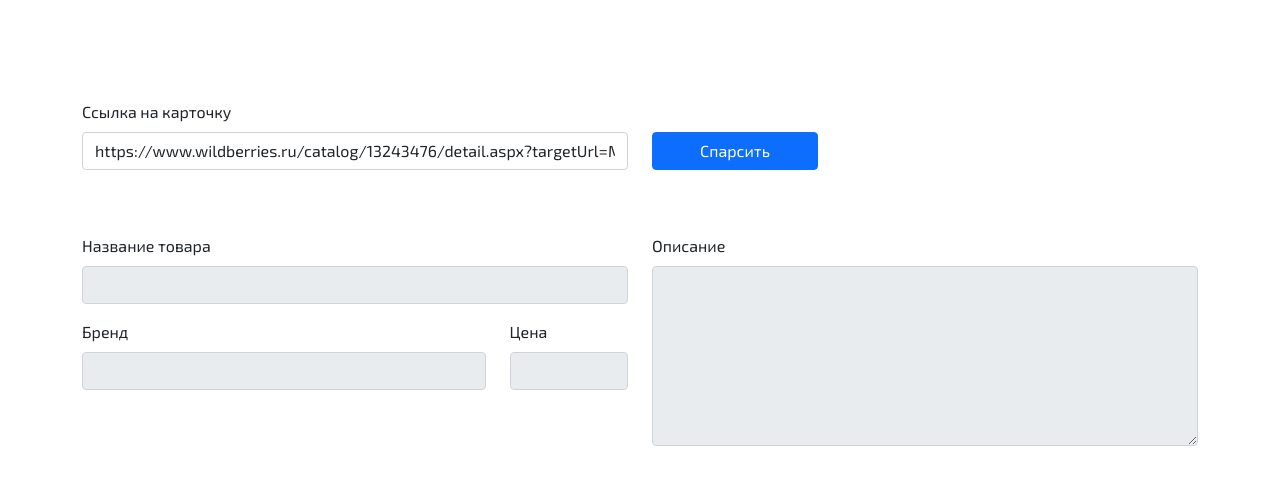
Repository: yozuul/wildberries-product-card-parser-api-exchange
Page: public/panel.html
The author's editor kept a copy of each file at every save. The page is drawn from the files as they stood at one save, then again after a run of saves.
The browser window is 1280 px wide. The pictures show the whole page.

Above is the page before, as saved 2021-08-20 06:45:15.

After the next 2 saves:
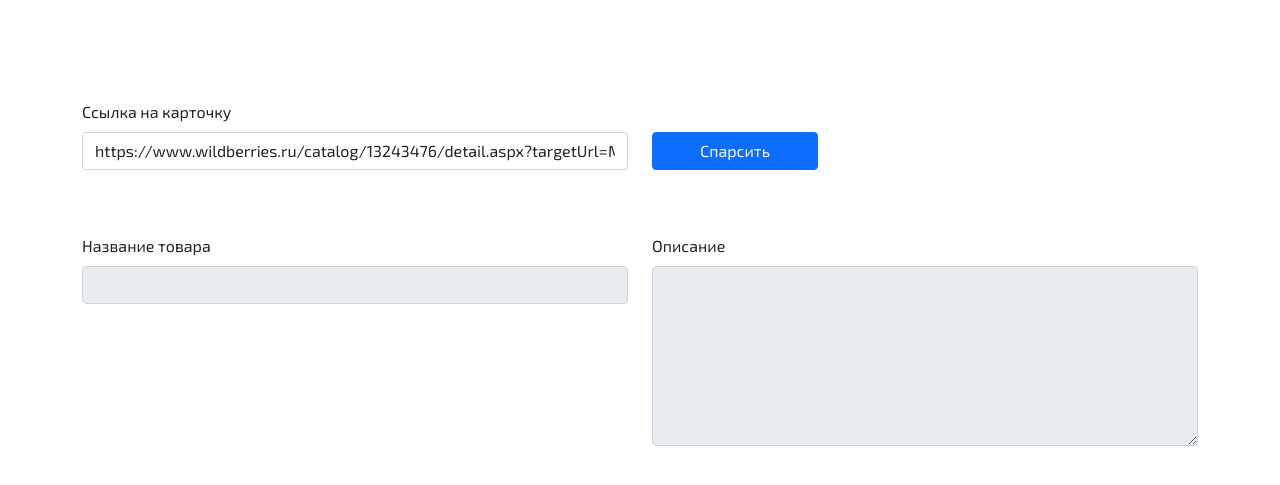
The 2 saves are shown as one change because they came seconds apart.
The last was saved 49 s later.
--- a/public/panel.html
+++ b/public/panel.html
@@ -60,7 +60,7 @@
                </div>
             </div>
 
-            <div class="row mb-3">
+            <div class="row mb-3 dn">
                <div  class="col-9">
                   <label for="productBrand" class="form-label">Бренд</label>
                   <input type="text" class="form-control" id="productBrand" readonly>

After the save that followed:
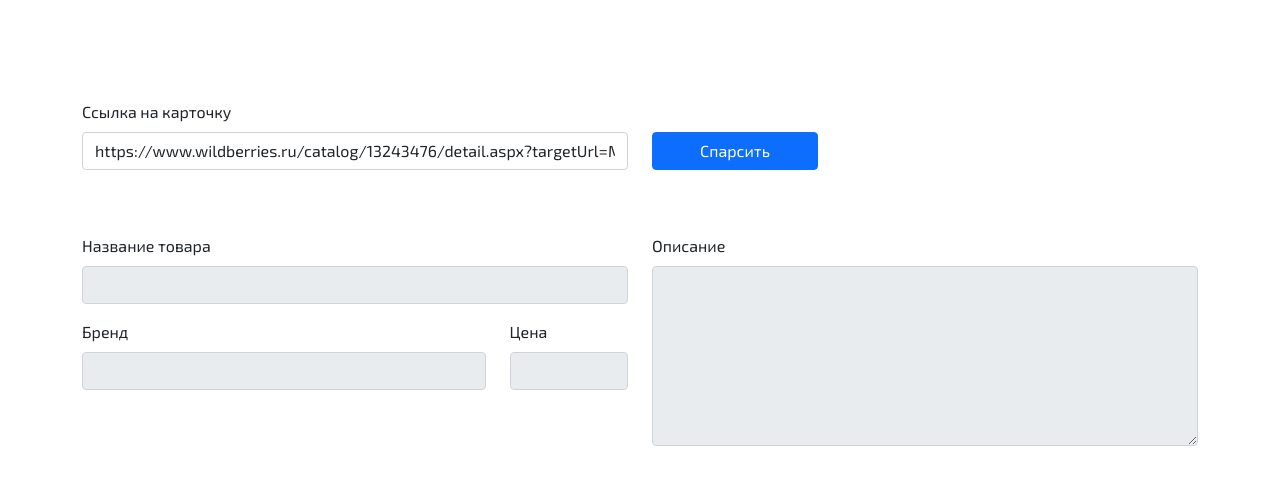
Saved 11 s later.
--- a/public/panel.html
+++ b/public/panel.html
@@ -60,7 +60,7 @@
                </div>
             </div>
 
-            <div class="row mb-3 dn">
+            <div class="row mb-3">
                <div  class="col-9">
                   <label for="productBrand" class="form-label">Бренд</label>
                   <input type="text" class="form-control" id="productBrand" readonly>
@@ -79,12 +79,12 @@
             </div>
          </div>
          <div class="col">
-            <div id="productConsist_wrapper" class="mb-3 dn">
+            <div id="productConsist_wrapper " class="mb-3 dn">
                <label for="productConsist" class="form-label">Состав</label>
                <input type="text" class="form-control" id="productConsist">
             </div>
             <div class="mb-3">
-               <label for="productDesc" class="form-label">Описание</label>
+               <label for="productDesc  dn" class="form-label">Описание</label>
                <textarea type="text" class="form-control" id="productDesc" readonly></textarea>
             </div>
             <div id="productParams_wrapper" class="mb-3 dn">
